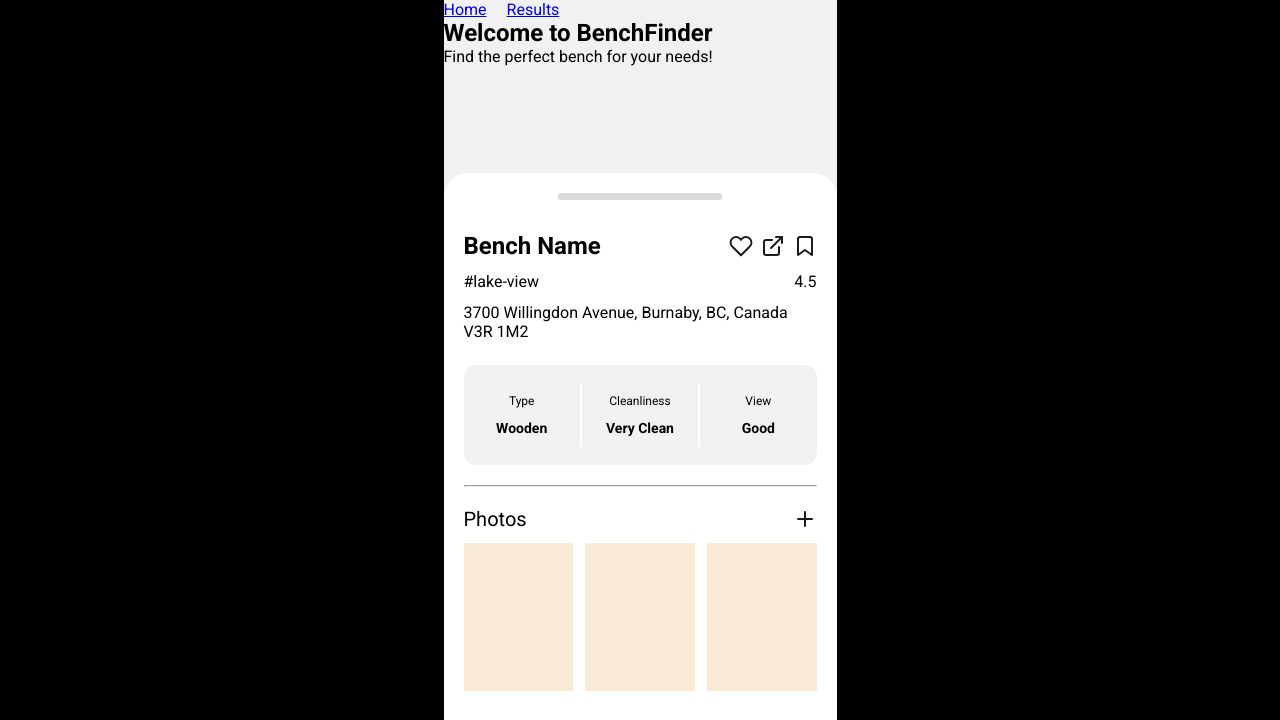
Repository: HidayatPatil/BenchFinder
Page: /
These files come from the project's save history. The page is drawn as it stood at one moment and after a run of saves; the edit follows.
The browser window is 1280 px wide. The pictures show the whole page.
The project was rebuilt for these pictures with package versions that can differ from the ones it lists, and the page was loaded fresh each time. Also part of the build but not shown: vite.config.js, src/Results.jsx.

Above is the page before, as saved 2025-10-09 21:55:11.

After the next 3 saves:
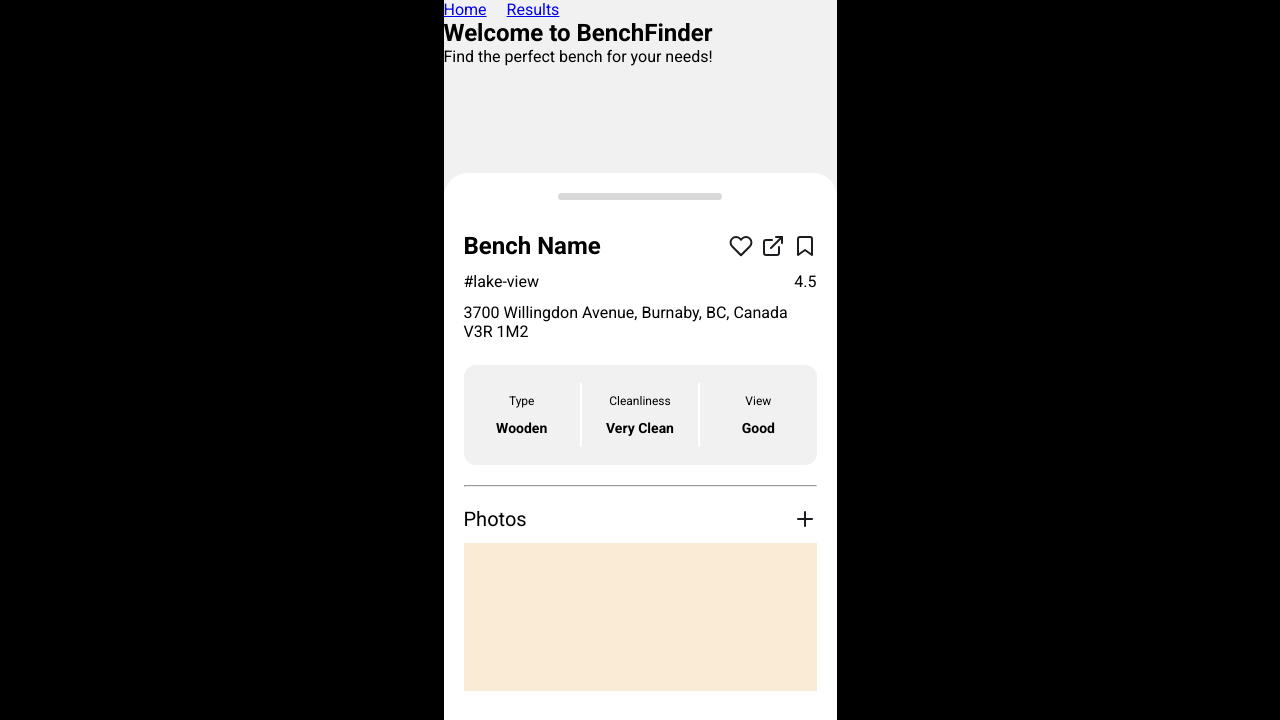
The 3 saves are shown as one change because they came seconds apart.
The last was saved 10 s later.
--- a/src/index.css
+++ b/src/index.css
@@ -161,9 +161,6 @@
 
   .photos_gallery {
     display: flex;
-    gap: 12px;
-    width: auto;
-    overflow: hidden;
 
     .gallery_image {
         background-color: antiquewhite;

After the save that followed:
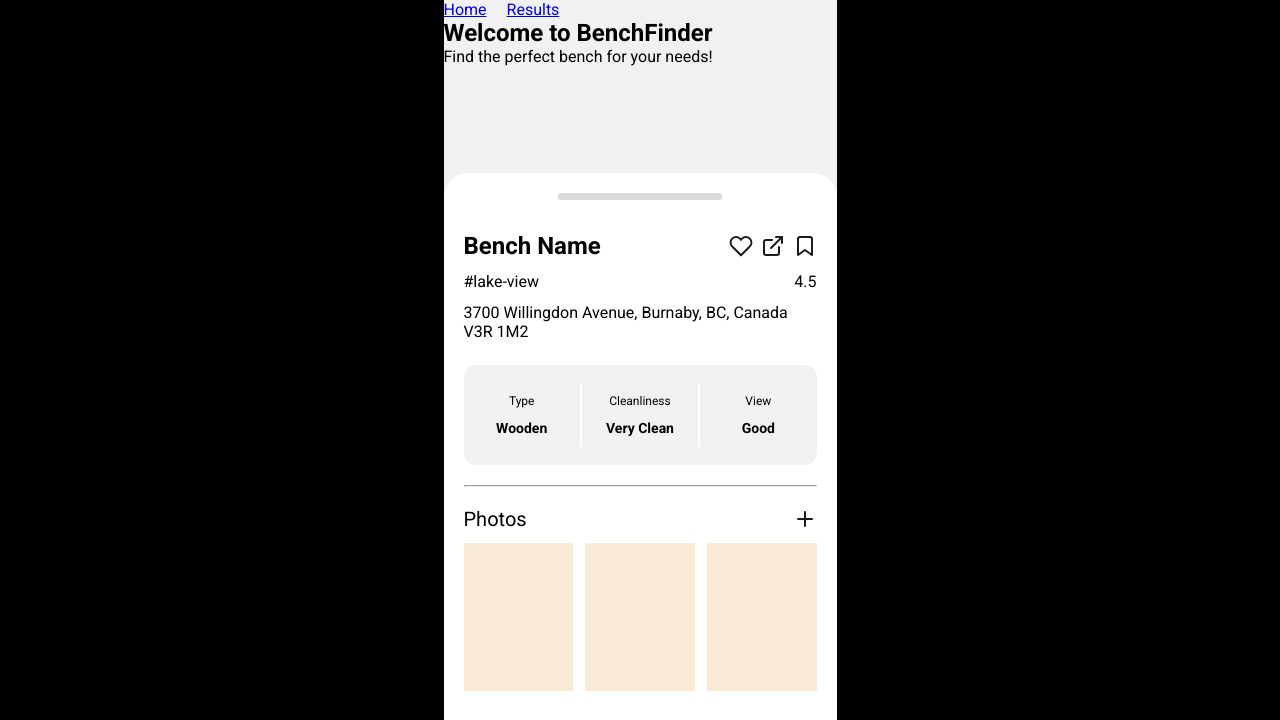
Saved 4 s later.
--- a/src/index.css
+++ b/src/index.css
@@ -161,6 +161,7 @@
 
   .photos_gallery {
     display: flex;
+    gap: 12px;
 
     .gallery_image {
         background-color: antiquewhite;
